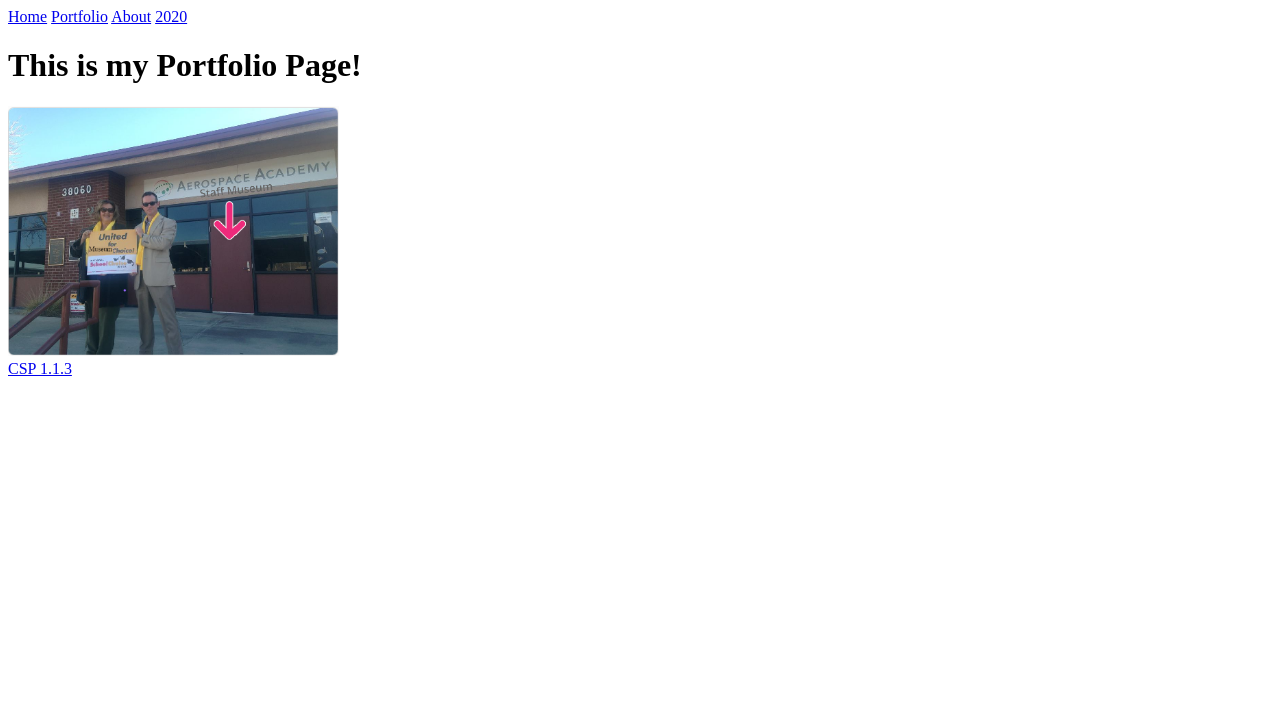
Repository: Priskillet/Priskillet.github.io
Page: My_website/portfolio.html
The author's editor kept a record of every edit. The page is drawn from the files as they stood at one moment, then again after the next edit.
The browser window is 1280 px wide. The pictures show the whole page.

Above is the page before.

### My_website/portfolio.html
<!doctype html>
	<html lang="en">
	  <head>
	    <meta charset="utf-8">
	    <title>Portfolio</title>
	  </head>
	  <body>
    <a href="index.html">Home</a>
    <a href="portfolio.html">Portfolio</a>
        <a href="about.html">About</a>
 <a href="2020.html">2020</a>
 <h1>This is my Portfolio Page!</h1>
    <img src="images/scratch3.PNG" height="250">
    <br>
      <a href="https://scratch.mit.edu/projects/324336975/">CSP 1.1.3</a>
    </a>
	  </body>
	</html>

After the next edit:
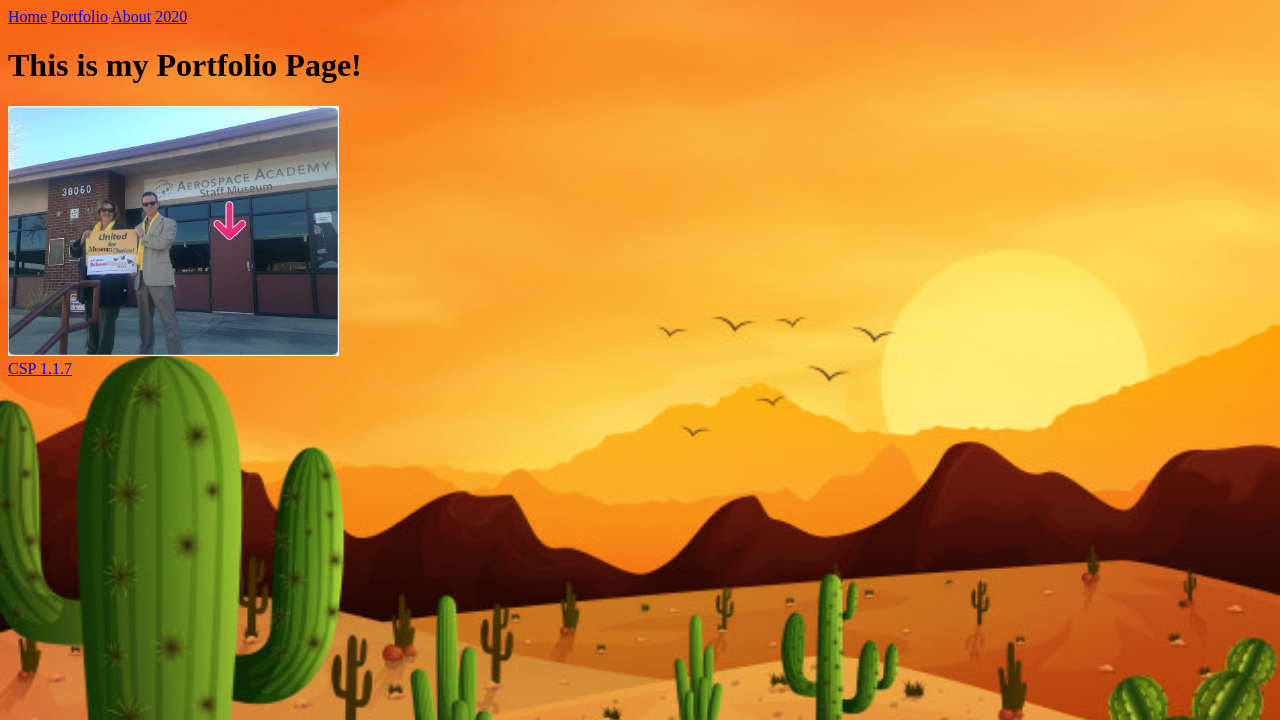
The edit:
--- a/My_website/portfolio.html
+++ b/My_website/portfolio.html
@@ -12,7 +12,15 @@
  <h1>This is my Portfolio Page!</h1>
     <img src="images/scratch3.PNG" height="250">
     <br>
-      <a href="https://scratch.mit.edu/projects/324336975/">CSP 1.1.3</a>
+      <a href="https://scratch.mit.edu/projects/326799309/">CSP 1.1.7</a>
     </a>
+    <style>
+body {
+  background-image: url('images/sunset.jpg');
+   background-repeat: no-repeat;
+    background-attachment: fixed;
+  background-size: cover;
+}
+</style>
 	  </body>
 	</html>
